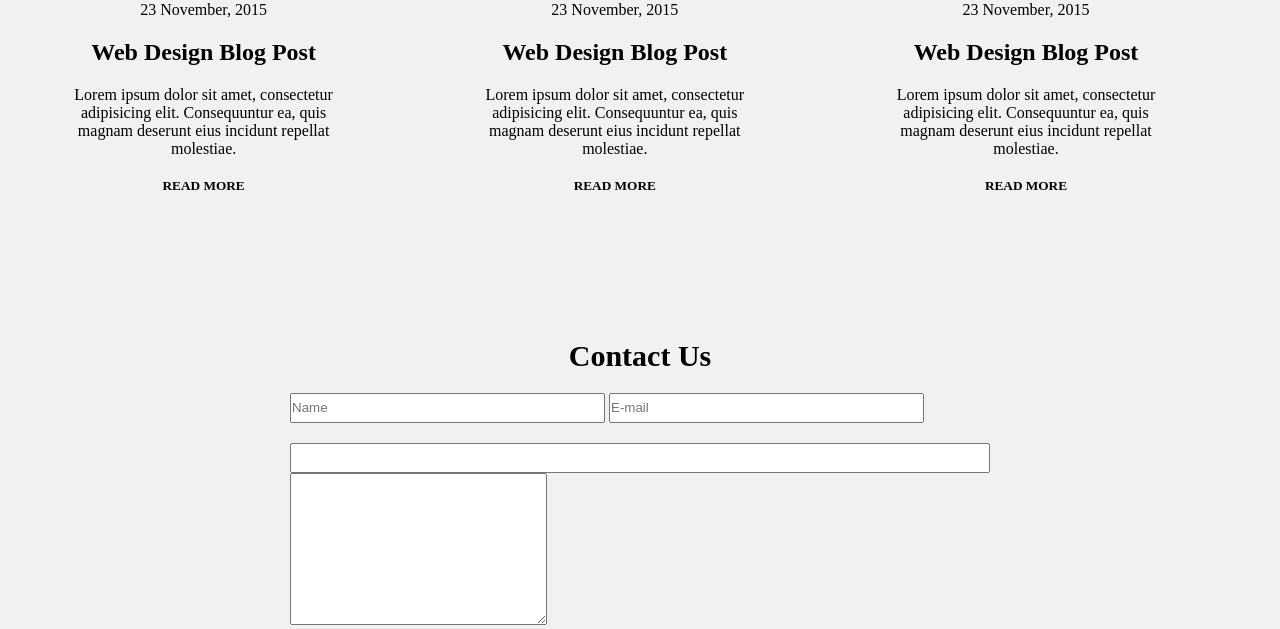
Repository: Ahmedalid/New-project
Page: Rout/index.html
These files come from the project's save history. The page is drawn as it stood at one moment and after the next save; the edit follows.
The browser window is 1280 px wide. The pictures show the part of the page from y = 3461 to 4110 px (the page is 4090 px tall before and 4110 px after).
A picture or video elsewhere on the page could not be fetched, so the positions and the page height are approximate.

Above is the page before, as saved 2023-05-24 19:51:36.

After the next save:
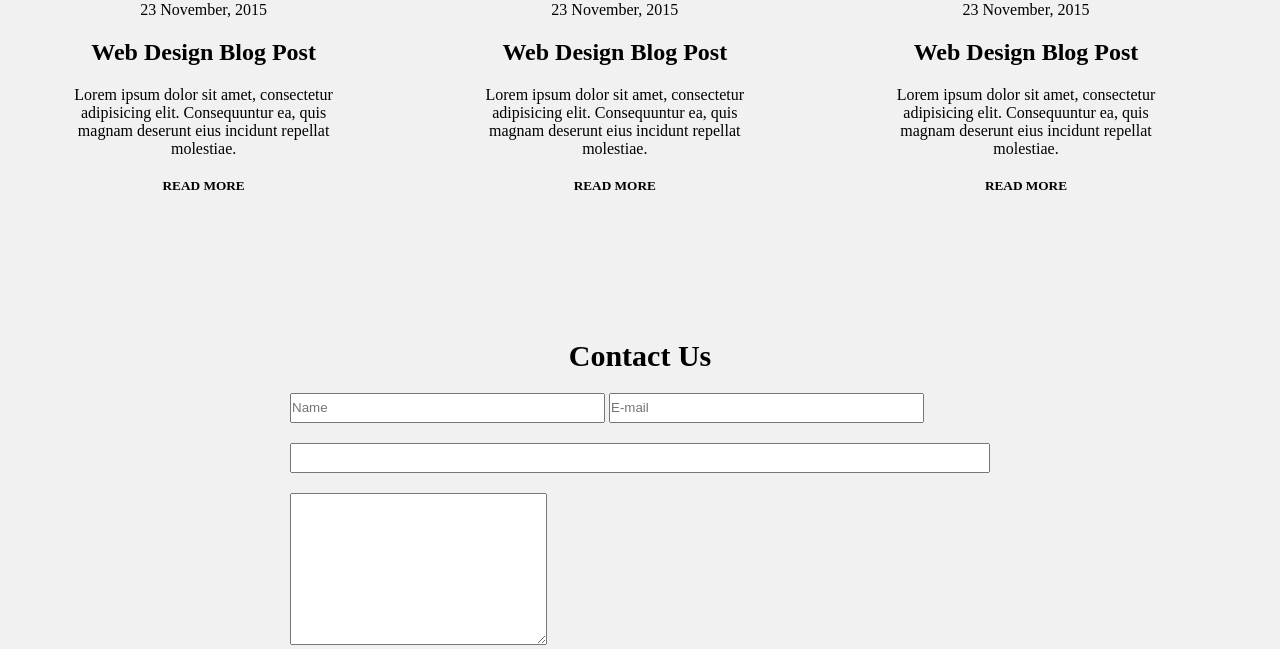
Saved 16 s later.
--- a/Rout/index.html
+++ b/Rout/index.html
@@ -243,7 +243,7 @@
                  <input type="text" placeholder="Name" class="w-5 h-input" name="" id="">
                 <input type="text" name="" id="" placeholder="E-mail" class="w-5 input-l h-input">
                 <input type="text" class="w-10 mt h-input" name="" id="">
-                <textarea name="" id="" cols="30" rows="10"></textarea>
+                <textarea name="" class="mt" id="" cols="30" rows="10"></textarea>
                 </div>
             </div>
         </section>
